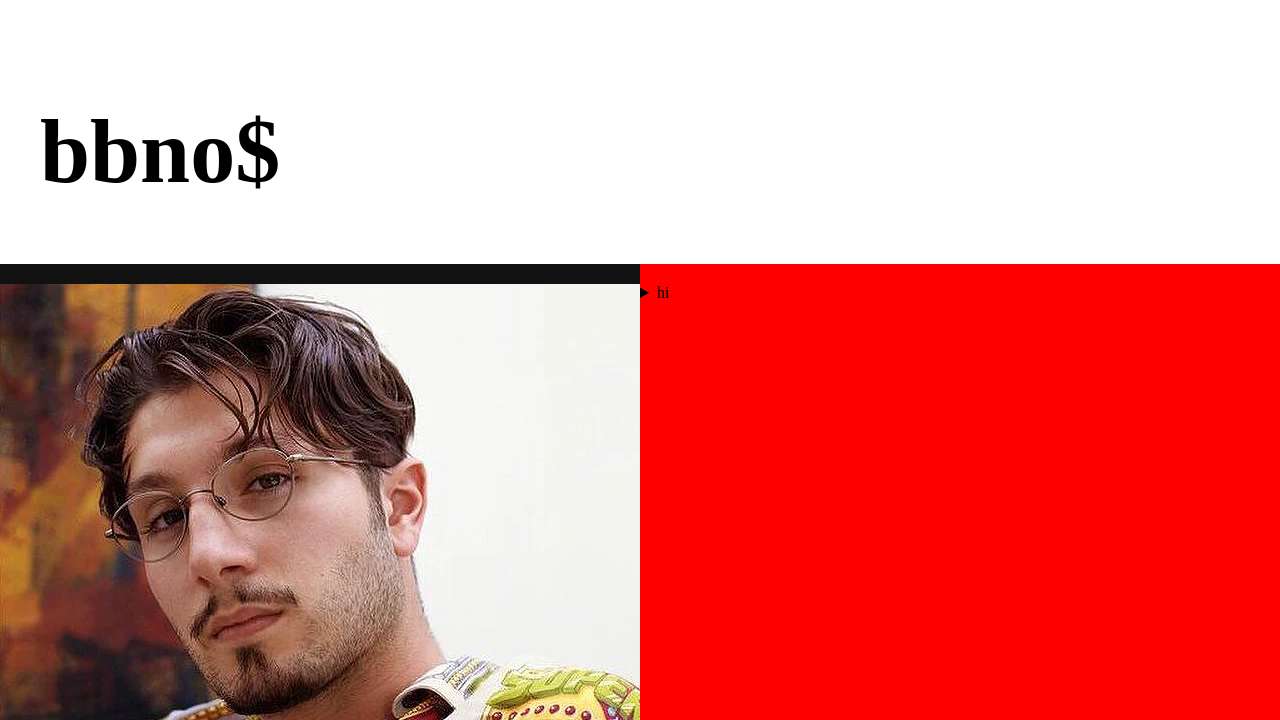
Repository: Jennica1/Lab1
Page: /
These files come from the project's save history. The page is drawn as it stood at one moment and after the next save; the edit follows.
The browser window is 1280 px wide. The pictures show the whole page.
The project was rebuilt for these pictures with package versions that can differ from the ones it lists, and the page was loaded fresh each time. Also part of the build but not shown: vite.config.js, src/index.css.

Above is the page before, as saved 2024-09-09 18:17:02.

After the next save:
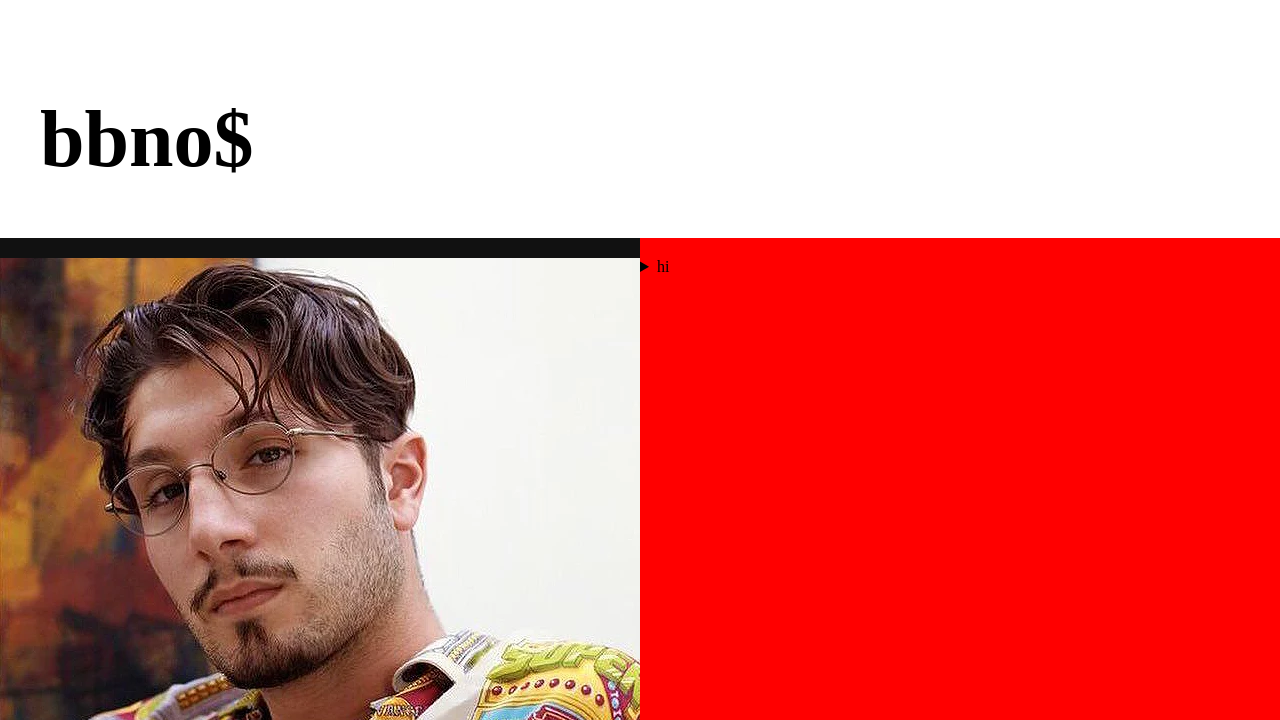
Saved 14 s later.
--- a/src/App.css
+++ b/src/App.css
@@ -5,7 +5,7 @@
 }
 
 .header {
-  font-size: 45px;
+  font-size: 40px;
 }
 
 .main{
